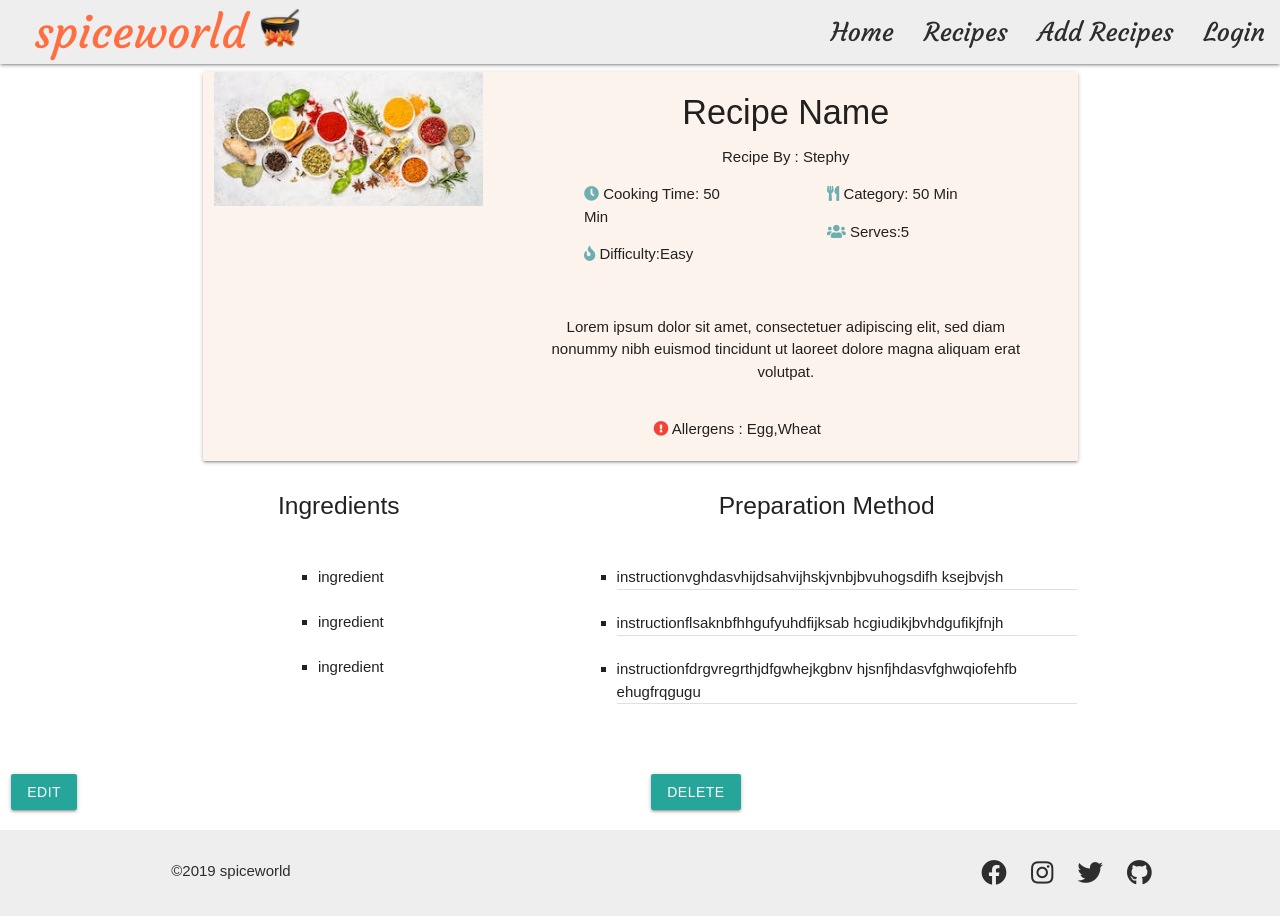
Repository: stephyraju/spiceworld
Page: http://localhost/view_recipes
The author's editor kept a record of every edit. The page is drawn from the files as they stood at one moment, then again after the next edit.
The browser window is 1280 px wide. The pictures show the whole page.
Some web libraries are served in a nearby version. The page is served by the project's application, run on Flask 3 (app.py). Queries for data that is not in the repository find no rows.

Above is the page before.

### templates/view.html
{% extends 'base.html' %} {% block content %}

<section class="section-container">
    <div class="container recipe-view">
        <div class="row card recipe-card">
            <div class="col s12 l4 center-align card-image">
                <img height="400" width="375" src="{{ url_for('static', filename='images/sidenav.png') }}" alt="recipe image" class="responsive-img materialboxed">
            </div>
            <div class="col s12 l8 center-align">
                <div class="recipe-header">
                    <h4>Recipe Name </h4>
                </div>
                <div class="author">
                    Recipe By : Stephy
                </div>
                <div class="row ">
                    <div class="col s5 offset-s1 left-align">
                        <div>
                            <p> <i class="fas fa-clock" style="color:rgb(109, 174, 177);"></i> Cooking Time: 50 Min
                            </p>
                        </div>

                        <div>
                            <p> <i class="fas fa-fire" style="color:rgb(109, 174, 177);"></i> Difficulty:Easy
                            </p>
                        </div>
                    </div>
                    <div class="col s5 left-align">
                        <div>
                            <p> <i class="fas fa-utensils" style="color:rgb(109, 174, 177);"></i> Category: 50 Min
                            </p>
                        </div>
                        <div>
                            <p> <i class="fas fa-users" style="color:rgb(109, 174, 177);"></i> Serves:5
                            </p>
                        </div>
                    </div>
                </div>
                <div class="row">
                    <div class="col s12 recipe-description">
                        <p>Lorem ipsum dolor sit amet, consectetuer adipiscing elit, sed diam nonummy nibh euismod tincidunt ut laoreet dolore magna aliquam erat volutpat.
                    </div>
                </div>
                <div class="row">
                <div class="col s10 ">
                 <i class="fas fa-exclamation-circle red-text"></i>
                 Allergens : Egg,Wheat
                </div>
                </div>
</section>
<section id="Ingredients-Preparation">
    <div class="container">
        <div class="row ">
            <!-- ingredient -->
            <div class="col s12 m4 offset-s1 offset-m1 ingredients">
                <div class="row">
                    <div class="col s12 ingredients">
                        <h5>Ingredients</h5>
                        <br>
                        <ol>
                            <li>
                                ingredient
                            </li>
                            <br>
                            <li>
                                ingredient
                            </li>
                            </br>
                            <li>
                                ingredient
                            </li>
                        </ol>
                    </div>
                </div>
            </div>
            <!-- Preparation -->
            <div class="col s12  m7 preparation">
                <div class="row">
                    <div class="col s12">
                        <h5 class="center">Preparation Method</h5>
                        <br>
                        <ol>
                            <li>
                                instructionvghdasvhijdsahvijhskjvnbjbvuhogsdifh ksejbvjsh
                            </li>
                            <div class="divider"></div>
                            <br>
                            <li class="collection-item">
                                instructionflsaknbfhhgufyuhdfijksab hcgiudikjbvhdgufikjfnjh
                            </li>
                            <div class="divider"></div>
                            <br>
                            <li class="collection-item">
                                instructionfdrgvregrthjdfgwhejkgbnv hjsnfjhdasvfghwqiofehfb ehugfrqgugu
                            </li>
                            <div class="divider"></div>
                        </ol>

                    </div>
                </div>
            </div>
        </div>
    </div>
    </div>
    </div>
</section>
<section>
    <div class="container recipe-view">
        <div class="row card recipe-card">
        </div>
    </div>
</section>
<section>
<div class="row">
<div class="col s6">
<a class="waves-effect waves-light btn">Edit</a>
</div>
<div class="col s6">
<a class="waves-effect waves-light btn">Delete</a>
</div>
</div>
</section>
{% endblock %}

### templates/base.html
<!DOCTYPE html>
<html lang="en">

<head>
  <meta charset="UTF-8">
  <meta name="viewport" content="width=device-width, initial-scale=1.0">
  <meta http-equiv="X-UA-Compatible" content="ie=edge">
  <title>spiceworld</title>

  <!--Import Google Icon Font-->
  <link href="https://fonts.googleapis.com/icon?family=Material+Icons" rel="stylesheet">
  <!--Font Awesome-->
  <link rel="stylesheet" href="https://use.fontawesome.com/releases/v5.8.2/css/all.css" integrity="sha384-oS3vJWv+0UjzBfQzYUhtDYW+Pj2yciDJxpsK1OYPAYjqT085Qq/1cq5FLXAZQ7Ay" crossorigin="anonymous">
  <!--Materialize CSS-->
  <link rel="stylesheet" href="https://cdnjs.cloudflare.com/ajax/libs/materialize/1.0.0/css/materialize.min.css">
  <!--CSS-->
  <link rel="stylesheet" href="{{ url_for('static', filename='css/style.css')}}" type="text/css" />

</head>

<body>

  <!--Header-->
  <header class="navbar-fixed">
    <nav>
      <div class="nav-wrapper grey lighten-3">
        <a href="#" class="brand-logo">spiceworld <img class="hide-on-med-and-down" src="{{ url_for('static', filename='images/logo.png') }}"></a>
        <a href="#" data-target="mobile-sidenav" class="sidenav-trigger"><i class="fas fa-bars"></i></a>
        <ul id="nav-mobile" class="right hide-on-med-and-down">
          <li><a href="{{ url_for('index') }}">Home</a></li>
          <li><a href="{{ url_for('get_recipes') }}">Recipes</a></li>
          <li><a href="{{ url_for('add_recipe') }}">Add Recipes</a></li>
          <li><a href="collapsible.html">Login</a></li>

        </ul>
      </div>
    </nav>
  </header>
  <!--Sidenav-->
  <ul class="sidenav" id="mobile-sidenav">
    <img class="responsive-img" src="{{ url_for('static', filename='images/sidenav.png') }}" alt="spices-image">

    <li><a class="active" href="#">Home</a></li>
    <li><a href="#!">Recipes</a></li>

    <li><a href="#">Login</a></li>
    <li><a class="waves-effect" href="#!">Third Link With Waves</a></li>
  </ul>

  <main>
    {% block content %}
    {% endblock %}
  </main>

  <footer class="page-footer grey lighten-3">

     <div class="row footer-content">
        <div class="col s5 m6">
          <div class="copyright">&copy;2019 spiceworld</div>
        </div>
        <div class="col s7 m3">
                    <a href="https://www.facebook.com/" target="_blank"><i class="fab fa-facebook social-icon"></i></a>
                    <a href="https://www.instagram.com/" target="_blank"><i class="fab fa-instagram social-icon"></i></a>
                    <a href="https://www.twitter.com/" target="_blank"><i class="fab fa-twitter social-icon"></i></a>
                    <a href="https://github.com/stephyraju" target="_blank"><i class="fab fa-github social-icon"></i></a>
        </div>

      </div>

  </footer>

  <script src="https://code.jquery.com/jquery-3.4.0.slim.js" integrity="sha256-milezx5lakrZu0OP9b2QWFy1ft/UEUK6NH1Jqz8hUhQ=" crossorigin="anonymous"></script>
  <script src="https://cdnjs.cloudflare.com/ajax/libs/materialize/1.0.0/js/materialize.min.js"></script>
  <script src="{{ url_for('static', filename='js/main.js') }}"></script>
</body>

</html>

### app.py
import os
from flask import Flask, render_template, redirect, request, url_for
from flask_pymongo import PyMongo
from bson.objectid import ObjectId

# declaring app name
app = Flask(__name__)

app.config["MONGO_DBNAME"] = 'cook_book'
app.config["MONGO_URI"] = os.getenv('MONGO_URI', 'mongodb://localhost')

mongo = PyMongo(app)

@app.route('/')
@app.route('/index')
def index():
     return render_template("index.html", recipes=mongo.db.recipes.find())

#@app.route('/get_recipes',methods=['POST','GET'])
#def get_recipes():
 #   return render_template("recipes.html", recipes=mongo.db.recipes.find())

@app.route("/get_recipes", methods=['POST', 'GET'])
def get_recipes():
    return render_template('recipes.html',
                         recipes=mongo.db.recipes.find(),
                         categories = mongo.db.categories.find())


@app.route('/add_recipe')
def add_recipe():
     return render_template("addrecipe.html",
               recipes=mongo.db.recipes.find(),
               categories = mongo.db.categories.find(),
               cuisines=mongo.db.cuisines.find(),
               difficulty=mongo.db.difficulty.find(),
               allergens=mongo.db.allergens.find())


@app.route('/insert_recipe', methods=['POST'])
def insert_recipe():
    print(request.form)
    print(request.form.getlist('ingredients[]'))
    print(request.form.to_dict())
    recipes = mongo.db.recipes
    data = request.form.to_dict()
    data.update({'ingredients':request.form.getlist('ingredients[]')})
    del data['ingredients[]']
    recipes.insert_one(data)
    return redirect(url_for('get_recipes'))

@app.route('/view_recipes', methods=['GET'])
def view_recipes():
     return render_template("view.html",
               categories=mongo.db.categories.find())


if __name__ == '__main__':
    app.run(host=os.environ.get('IP'),
            port=int(os.environ.get('PORT')),
            debug=True)

### static/css/style.css
@import url('https://fonts.googleapis.com/css?family=Courgette&display=swap');

body {
  background-color: F0F0F0;
  font-family: 'ProximaNova Regular', sans-serif;
  display: flex;
  flex-direction: column;
  min-height: 100vh;
  overflow-x: hidden;
}
.section-container {
  max-width: 100%;
  margin-left: auto;
  margin-right: auto;
  padding-left: 15px;
  padding-right: 15px;
  border-radius: 5px;
}
/* -------- Nav Bar ----------*/

nav {
     font-family: 'Courgette';
}

nav .brand-logo {
    color: #ff6e40;
    font-size: 3rem;
    font-family: 'Courgette', cursive;
    -webkit-transition: 0.2s;
    -o-transition: 0.2s;
    transition: 0.2s;
}

@media screen and (min-width: 993px){
nav .brand-logo {
    margin-left: 2.3rem;
}
}
nav ul a {
  color:#2d2d2d;
  font-size: 1.7rem;
  font-family: 'Courgette';
}
nav ul a:hover,
nav ul .active {
  color:#76c14f;
}
.fa-bars{
  color: #ff6e40;
}

/*--------Title----------*/

.title-container{
  position: relative;
  text-align: center;
  color: white;
  width:100%;
  margin-top: 20px;
}
.title-container img{
    display: block;
    width: 100%;
    height: 25vh;
    object-fit: cover;
    border-radius: 5px;
}

.intro-content{
  position: absolute;
  top: 50%;
  left: 70%;
  transform: translate(-50%, -50%);
}
/*--------Category---------*/

.catergory-container{
  font-size: 1.2rem;
  color:#2d2d2d;
  margin-top: 20px;
  background-color:#eeeeee;
  height:70px;
  margin-left: 15px;
  margin-right: 15px;
}
.catergory-container .row {
  padding-top: 20px;
}
.catergory-container a {
  color:#2d2d2d;
}
.catergory-container a :hover {
  color:#ff6e40 !important;
}

/*--------Description---------*/
.cells h4 {
  font-family: 'Muli','sans-serif';
}
.cells h5{
  color: #76c14f;
  font-size: 1.5rem;
  font-family: 'Courgette',sans-serif;
}
 p {
  padding-left: 30px;
  padding-right: 30px;
}
.content{
  margin-top: 20px;
  margin-bottom: 20px;
}
/*--------View Recipe---------*/
li {
  list-style: square;
  }
 .recipe-view .card {
   background-color: #fcf4ec;
 }
/*--------Footer---------*/

.page-footer i{
  color:#2d2d2d;
}
.page-footer i:hover{
   color:#ff6e40;
}
.page-footer {
    min-height: 45px;
}
.footer-content{
  display:flex;
  color:#2d2d2d;
}
.copyright{
  padding-top: 10px;
}
.social-icon {
  margin: 10px;
  color: white;
  font-size: 1.7rem;
}

### static/js/main.js
$(document).ready(function(){
    $('.sidenav').sidenav();
    $('.dropdown-trigger').dropdown();
    $('select').formSelect();
    $('.carousel').carousel();

  });

 var ingredientField = $(".ingredient").length;
    $("#add_ingredient").on("click", function () {
        $("select").formSelect("destroy");
        $(".new-ingredient:first").clone().insertBefore("#add_ingredient").find("input[type='text'], select, textarea").val("");
        $("select").formSelect();
        ingredientField += 1;
    });

    $("#remove_ingredient").on("click", function () {
        if (ingredientField > 1) {
            /* only remove the :last item */
            $(this).siblings(".new-ingredient:last").remove();
            /* ensure original ingredient line never gets deleted */
            ingredientField-= 1;
        }
    });


var methodField = $(".method").length;
    /* add new cloned item */
    $("#add-method").on("click", function () {
        /* clone and remove existing values */
        $(".new-step:first").clone().insertBefore("#add-method").find("input[type='text'], select, textarea").val("");
        /* increase counter so original direction is never removed */
        methodField += 1;
    });
    /* delete last cloned item */
    $("#remove-method").on("click", function () {
        if ( methodField > 1) {
            /* only remove the :last item */
            $(this).siblings(".new-step:last").remove();
            /* ensure original direction line never gets deleted */
            methodField -= 1;
        }
    });

After the next edit:
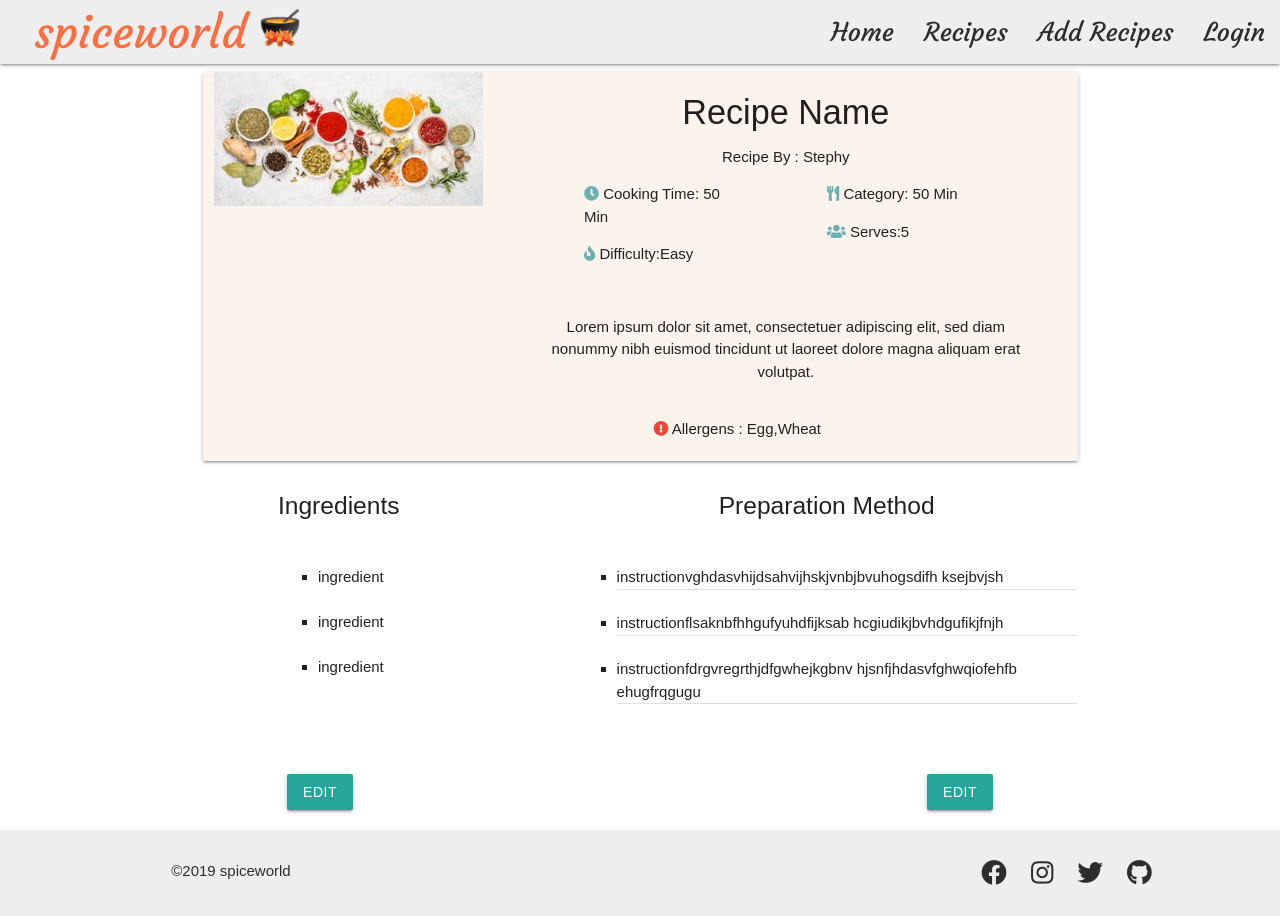
The edit:
--- a/templates/view.html
+++ b/templates/view.html
@@ -42,10 +42,9 @@
                     </div>
                 </div>
                 <div class="row">
-                <div class="col s10 ">
-                 <i class="fas fa-exclamation-circle red-text"></i>
-                 Allergens : Egg,Wheat
-                </div>
+                    <div class="col s10 ">
+                        <i class="fas fa-exclamation-circle red-text"></i> Allergens : Egg,Wheat
+                    </div>
                 </div>
 </section>
 <section id="Ingredients-Preparation">
@@ -111,13 +110,14 @@
     </div>
 </section>
 <section>
-<div class="row">
-<div class="col s6">
-<a class="waves-effect waves-light btn">Edit</a>
-</div>
-<div class="col s6">
-<a class="waves-effect waves-light btn">Delete</a>
-</div>
-</div>
+    <div class="row center">
+        <div class="col s6">
+            <a class="waves-effect waves-light btn">Edit</a>
+        </div>
+        <div class="col s6">
+            <a class="waves-effect waves-light btn">Edit</a>
+        </div>
+
+    </div>
 </section>
 {% endblock %}
